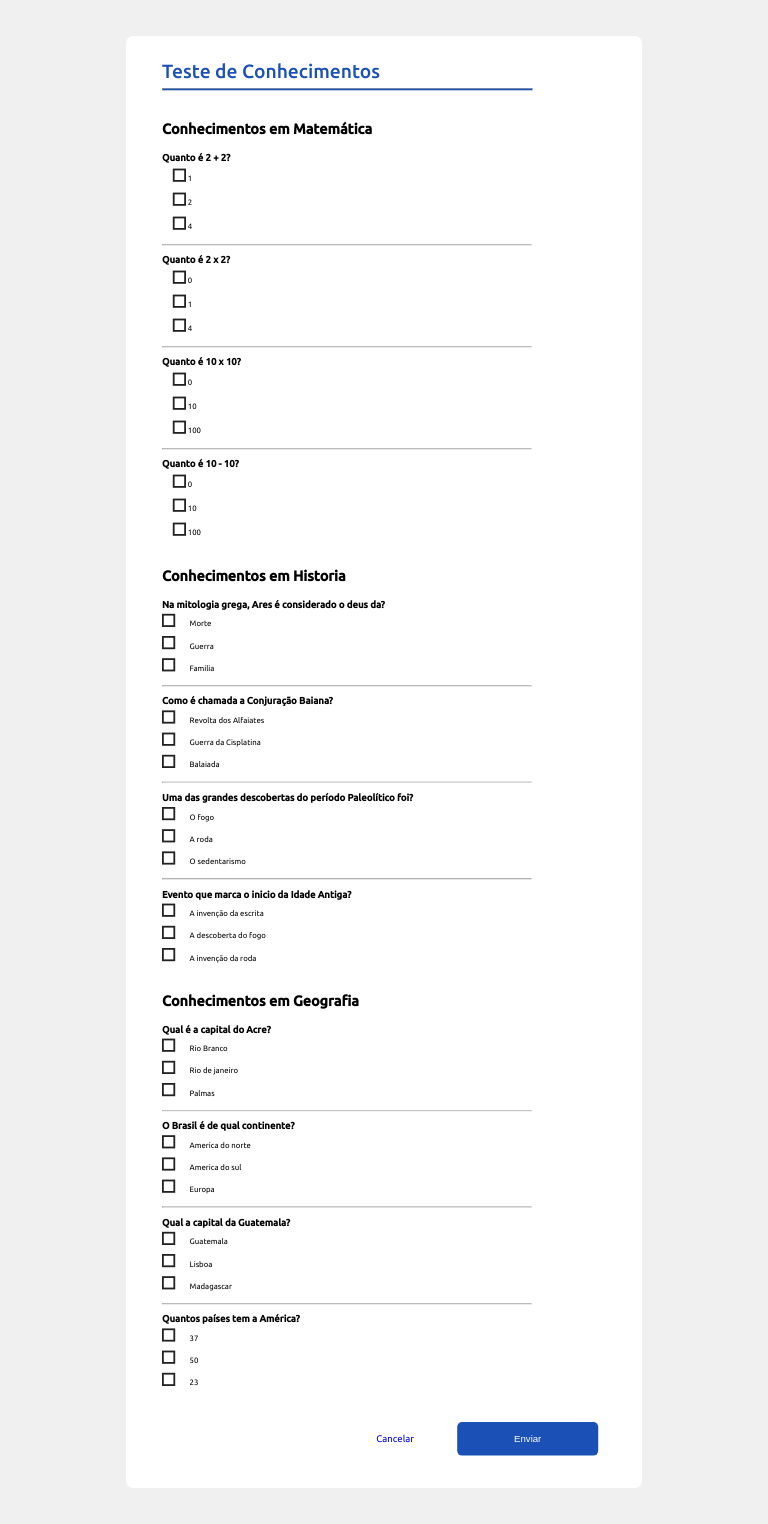
Repository: Delei09/desafioPerguntas
Page: / (app in frontend/)
These files come from the project's save history. The page is drawn as it stood at one moment and after the next save; the edit follows.
The browser window is 1280 px wide. The pictures show the whole page, at 60% of full size.
The project was rebuilt for these pictures with package versions that can differ from the ones it lists, and the page was loaded fresh each time. A package was used in the major version that the imports need, not the one package.json lists. Also part of the build but not shown: frontend/src/styles/resultado.scss, frontend/src/page/Resultado.tsx, frontend/src/styles/gabarito.scss, frontend/src/page/Gabarito.tsx.

Above is the page before, as saved 2021-08-19 15:09:39.

After the next save:
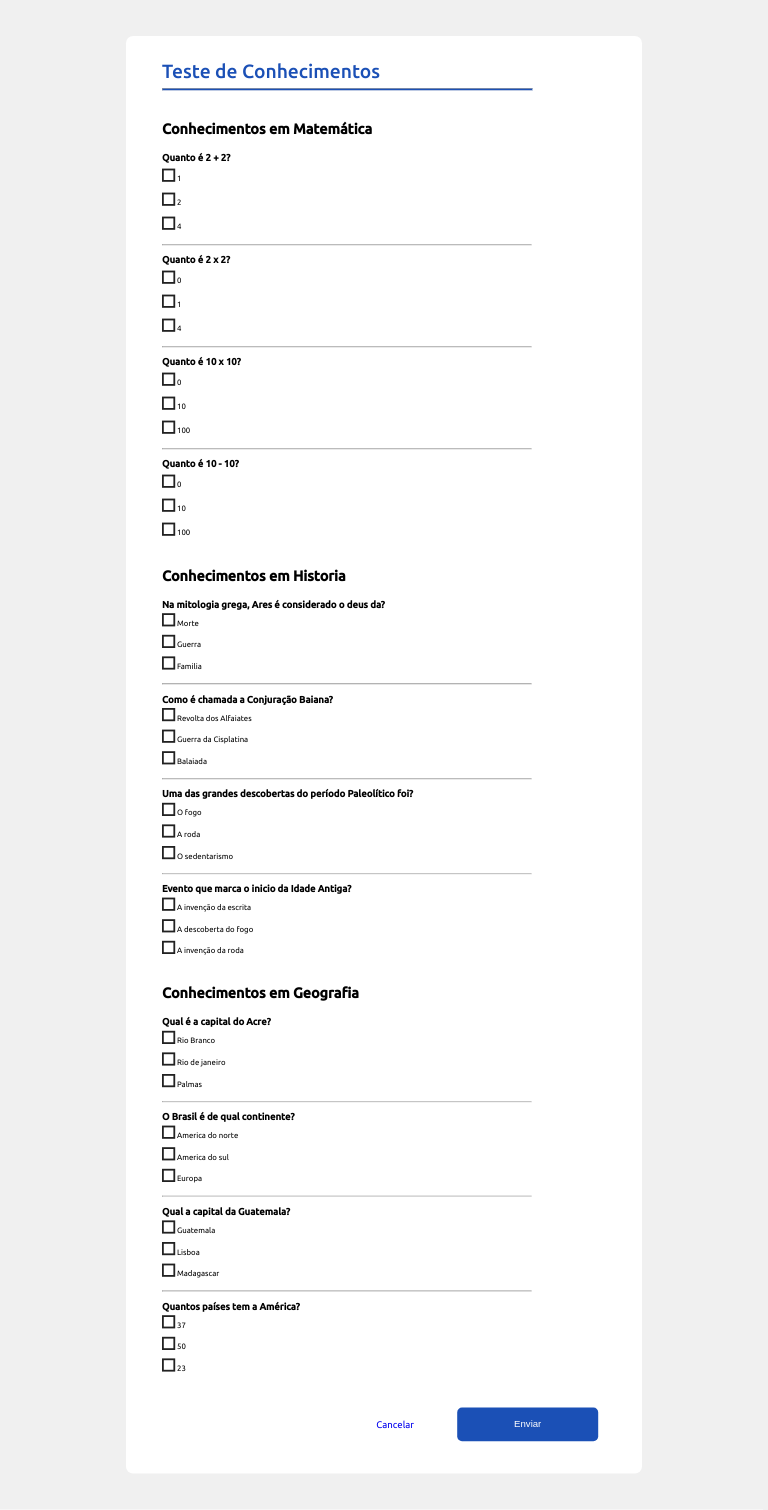
Saved 19 s later.
--- a/frontend/src/styles/global.scss
+++ b/frontend/src/styles/global.scss
@@ -30,7 +30,7 @@ label {
 
 /* Escondemos o radio original */
 input[type=radio] {
- opacity: 0;
+ display: none;
 }
 
 /* Usamos o pseudo-element :before para recriar o novo radio */
